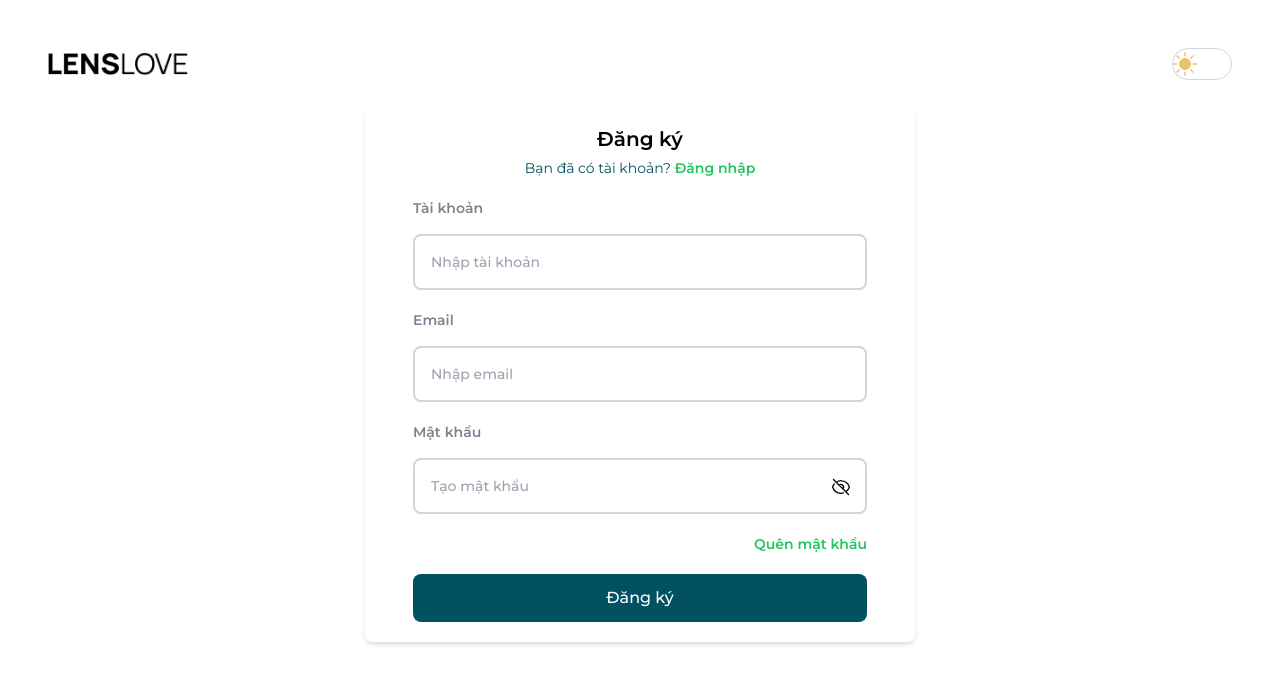
Repository: thienthanhvinh/glasses-react
Page: /sign-up
These files come from the project's save history. The page is drawn as it stood at one moment and after the next save; the edit follows.
The browser window is 1280 px wide. The pictures show the whole page.
The project was rebuilt for these pictures with package versions that can differ from the ones it lists, and the page was loaded fresh each time. Also part of the build but not shown: src/App.css, src/components/category/Category.js, src/components/common/Heading.js, src/components/intro/Intro.js, src/components/sales/SpringSales.js, src/components/navbar/Navbar.js, src/layout/LayoutMenu.js, src/modules/GlassesGrid.js and 7 more.

Above is the page before, as saved 2023-02-13 10:35:59.

### public/index.html
<!DOCTYPE html>
<html lang="en">
  <head>
    <meta charset="utf-8" />
    <link rel="icon" href="%PUBLIC_URL%/favicon.ico" />
    <meta name="viewport" content="width=device-width, initial-scale=1" />
    <meta name="theme-color" content="#000000" />
    <meta
      name="description"
      content="Web site created using create-react-app"
    />
    <link rel="apple-touch-icon" href="%PUBLIC_URL%/logo192.png" />
    <!--
      manifest.json provides metadata used when your web app is installed on a
      user's mobile device or desktop. See https://developers.google.com/web/fundamentals/web-app-manifest/
    -->
    <link rel="manifest" href="%PUBLIC_URL%/manifest.json" />
    <!--
      Notice the use of %PUBLIC_URL% in the tags above.
      It will be replaced with the URL of the `public` folder during the build.
      Only files inside the `public` folder can be referenced from the HTML.

      Unlike "/favicon.ico" or "favicon.ico", "%PUBLIC_URL%/favicon.ico" will
      work correctly both with client-side routing and a non-root public URL.
      Learn how to configure a non-root public URL by running `npm run build`.
    -->
    <link href="https://fonts.googleapis.com/css2?family=Montserrat:wght@300;400;500;600;700&display=swap" rel="stylesheet">
    <title>React App</title>
  </head>
  <body>
    <noscript>You need to enable JavaScript to run this app.</noscript>
    <div id="root"></div>
    <!--
      This HTML file is a template.
      If you open it directly in the browser, you will see an empty page.

      You can add webfonts, meta tags, or analytics to this file.
      The build step will place the bundled scripts into the <body> tag.

      To begin the development, run `npm start` or `yarn start`.
      To create a production bundle, use `npm run build` or `yarn build`.
    -->
  </body>
</html>

### src/index.js
import React from 'react';
import ReactDOM from 'react-dom/client';
import './index.css';
import App from './App';
import reportWebVitals from './reportWebVitals';
import { BrowserRouter } from 'react-router-dom';
import { ToastContainer, toast } from 'react-toastify';
import 'react-toastify/dist/ReactToastify.css';

const root = ReactDOM.createRoot(document.getElementById('root'));
root.render(
  // <React.StrictMode>
  <BrowserRouter>
    <App />
    <ToastContainer></ToastContainer>
  </BrowserRouter>
  // </React.StrictMode>
);

// If you want to start measuring performance in your app, pass a function
// to log results (for example: reportWebVitals(console.log))
// or send to an analytics endpoint. Learn more: https://bit.ly/CRA-vitals
reportWebVitals();

### src/index.css
/* body {
  margin: 0;
  font-family: -apple-system, BlinkMacSystemFont, 'Segoe UI', 'Roboto', 'Oxygen',
    'Ubuntu', 'Cantarell', 'Fira Sans', 'Droid Sans', 'Helvetica Neue',
    sans-serif;
  -webkit-font-smoothing: antialiased;
  -moz-osx-font-smoothing: grayscale;
}

code {
  font-family: source-code-pro, Menlo, Monaco, Consolas, 'Courier New',
    monospace;
} */

@tailwind base;
@tailwind components;
@tailwind utilities;

body {
  font-family: 'Montserrat', sans-serif;
}
/* .darkmode-input:checked + div .darkmode-spinner {
  transform: translateX(33px);
} */
.active-light {
  transform: translateX(0px);
  transition: all 0.4s;
}
.active-dark {
  transform: translateX(33px);
  transition: all 0.4s;
}

/* .darkmode-input:checked + div {


} */

/* .darkmode-input:checked + div .darkmode-spinner {
  background-color: white;
} */

### src/App.js

import { Route, Routes } from 'react-router-dom';
import './App.css';
import HomePage from './pages/HomePage';
import SignInPage from './pages/SignInPage';
import SignUpPage from './pages/SignUpPage';

function App() {
  return (
    <Routes>
      <Route path='/sign-up' element={<SignUpPage></SignUpPage>}></Route>
      <Route path='/sign-in' element={<SignInPage></SignInPage>}></Route>
      <Route path='/' element={<HomePage></HomePage>}></Route>
    </Routes>
  );
}

export default App;

### src/pages/SignUpPage.js
import React, { useEffect, useState } from "react";
import { useForm } from "react-hook-form";
import { Link } from "react-router-dom";
import Button from "../components/button/Button";
import FormGroup from "../components/common/FormGroup";
import Input from "../components/input/Input";
import Label from "../components/label/Label";
import LayoutAuthentication from "../layout/LayoutAuthentication";
import { yupResolver } from "@hookform/resolvers/yup";
import { toast } from "react-toastify";
import * as yup from "yup";
import IconEyeToggle from "../components/icons/IconEyeToggle";

const schema = yup.object({
  username: yup.string().required("Hãy nhập tài khoản"),
  email:yup.string().required("Hãy nhập email"),
  password: yup.string().required("Hãy nhập mật khẩu").min(8, "Mật khẩu tối thiểu là 8 ký tự"),
});

const SignUpPage = () => {
  const {handleSubmit, control, formState: {errors}} = useForm({resolver: yupResolver(schema), mode:"onSubmit"});
  const handleSignUp = () => {
  }
  useEffect(() => {
    const arrErroes = Object.values(errors);
    console.log(arrErroes);
    if(arrErroes.length > 0) {
      toast.error(arrErroes[0]?.message, {
        pauseOnHover: false,
      })
    }
  })
  const [showPassword, setShowPassword] = useState(false);
  const handleTogglePassword = () => {
    setShowPassword(!showPassword);
  }
  return (
    <LayoutAuthentication heading="Đăng ký">
      <p className="text-sm text-center text-primary mb-5">
        Bạn đã có tài khoản?{" "}
        <Link to="/sign-in" className="text-green-500 cursor-pointer font-semibold">
          Đăng nhập
        </Link>
      </p>
      <form onSubmit={handleSubmit(handleSignUp)}>
        <FormGroup>
          <Label htmlFor="username">Tài khoản</Label>
          <Input type="text" name="username" placeholder="Nhập tài khoản" control={control} ></Input>
        </FormGroup>
        <FormGroup>
          <Label htmlFor="email">Email</Label>
          <Input type="text" name="email" placeholder="Nhập email" control={control}></Input>
        </FormGroup>
        <FormGroup>
          <Label htmlFor="password">Mật khẩu</Label>
          <Input type={showPassword ? "text" : "password"} name="password"  placeholder="Tạo mật khẩu" control={control}>
            <IconEyeToggle open={showPassword} onClick={handleTogglePassword}></IconEyeToggle>
          </Input>
        </FormGroup>
        <p className="text-right text-sm text-green-500 font-semibold">Quên mật khẩu</p>
        <Button className="w-full text-white mt-5">Đăng ký</Button>
      </form>
    </LayoutAuthentication>
  );
};

export default SignUpPage;

### src/components/button/Button.js
import React from 'react';

const Button = ({type, children, className=''}) => {
    return (
        <button type='submit' className={`bg-primary text-white ${className} rounded-lg px-3 py-3 font-medium`}>
            {children}
        </button>
    );
};

export default Button;

### src/components/common/FormGroup.js
import React from 'react';

const FormGroup = ({children}) => {
    return (
        <div className='flex flex-col mb-5 gap-y-2'>
            {children}
        </div>
    );
};

export default FormGroup;

### src/components/input/Input.js
import React from "react";
import { useController } from "react-hook-form";

const Input = ({ type, placeholder, name, control, children, ...rest }) => {
  const { field } = useController({
    control,
    name,
    defaultValue: "",
  });
  return (
    <div className="relative">
      <input
        type={type}
        name={name}
        id={name}
        placeholder={placeholder}
        {...field}
        className={`w-full px-4 py-4 rounded-lg border-2 border-gray-300 dark:border-gray-600 dark:focus:border-gray-700 dark:bg-dark-four-color dark:text-color-1 font-medium dark:placeholder:font-medium mt-2 outline-none focus:border-gray-400 transition-all duration-200 bg-transparent text-sm ${children ? 'pr-12' : ''}`}
      />
      {children &&<span className=" absolute right-4 ml-5 z-10 top-8 -translate-y-1/4 cursor-pointer select-none">
        {children}
      </span>}
    </div>
  );
};

export default Input;

### src/components/label/Label.js
import React from 'react';

const Label = ({htmlFor, children, className = ''}) => {
    return (
        <label htmlFor={htmlFor} className={`${className} dark:text-dark-text-primary text-sm text-color-1 font-semibold block cursor-pointer`}>
            {children}
        </label>
    );
};

export default Label;

### src/layout/LayoutAuthentication.js
import React, { useEffect, useState } from "react";
import { Link } from "react-router-dom";
import PropTypes from "prop-types";
import { BsFillSunFill } from "react-icons/bs";
import { FaMoon } from "react-icons/fa";
import useDarkMode from "../hooks/useDarkMode";

const LayoutAuthentication = ({ heading, question, children }) => {
  const [isDarkMode, setDarkMode] = useState(
    () => localStorage.theme === "dark"
  );
  const toggleDarkMode = () => {
    setDarkMode(!isDarkMode);
  };
  useEffect(() => {
    const html = window.document.documentElement;
    const prev = isDarkMode ? "light" : "dark";
    html.classList.remove(prev);
    const next = isDarkMode ? "dark" : "light";
    html.classList.add(next);
    localStorage.setItem("theme", next);
  }, [isDarkMode]);

  return (
    <div className="w-full h-screen bg-white dark:bg-dark-four-color p-12">
      <div className="mb-6 flex justify-between items-center">
        <Link to="/" className="inline-block">
          <img
            src="/logo.png"
            alt=""
            className="w-[140px] h-auto object-cover"
          />
        </Link>
        <label
          htmlFor="toggle"
          className="cursor-pointer toggle-switch inline-block"
        >
          <input
            type="checkbox"
            name=""
            id="toggle"
            className="darkmode-input hidden"
          />

          <div className="w-[60px] h-8 border border-gray-300 rounded-full flex items-center">

              {!isDarkMode ? (
                <div className="active-light">
                  <BsFillSunFill
                    size={"24px"}
                    color={"#e9c46a"}
                    onClick={() => toggleDarkMode(!isDarkMode)}
                  ></BsFillSunFill>
                </div>
              ) : (
                <div className="active-dark">
                  <FaMoon
                    size={"24px"}
                    color={"#808191"}
                    onClick={() => toggleDarkMode(!isDarkMode)}
                  ></FaMoon>
                </div>
              )}
          </div>
        </label>
      </div>
      <div className="w-full max-w-[550px] bg-white-400  dark:bg-dark-five-color dark:text-white shadow-md rounded-lg mx-auto px-12 py-5">
        <h2 className="text-center text-[20px] font-semibold mb-1">
          {heading}
        </h2>
        {children}
      </div>
    </div>
  );
};

LayoutAuthentication.propTypes = {
  heading: PropTypes.string,
  question: PropTypes.string,
  children: PropTypes.node,
};

export default LayoutAuthentication;

### src/components/icons/IconEyeToggle.js
import React from "react";

const IconEyeToggle = ({ open = false, onClick = () => {} }) => {
  if (open) {
    return (
      <span onClick={onClick}>
        <svg
          xmlns="http://www.w3.org/2000/svg"
          fill="none"
          viewBox="0 0 24 24"
          strokeWidth="1.5"
          stroke="currentColor"
          className="w-5 h-5"
        >
          <path
            strokeLinecap="round"
            strokeLinejoin="round"
            d="M2.036 12.322a1.012 1.012 0 010-.639C3.423 7.51 7.36 4.5 12 4.5c4.638 0 8.573 3.007 9.963 7.178.07.207.07.431 0 .639C20.577 16.49 16.64 19.5 12 19.5c-4.638 0-8.573-3.007-9.963-7.178z"
          />
          <path
            strokeLinecap="round"
            strokeLinejoin="round"
            d="M15 12a3 3 0 11-6 0 3 3 0 016 0z"
          />
        </svg>
      </span>
    );
  } else {
    return (
      <span onClick={onClick}>
        <svg
          xmlns="http://www.w3.org/2000/svg"
          fill="none"
          viewBox="0 0 24 24"
          strokeWidth="1.5"
          stroke="currentColor"
          className="w-5 h-5"
        >
          <path
            strokeLinecap="round"
            strokeLinejoin="round"
            d="M3.98 8.223A10.477 10.477 0 001.934 12C3.226 16.338 7.244 19.5 12 19.5c.993 0 1.953-.138 2.863-.395M6.228 6.228A10.45 10.45 0 0112 4.5c4.756 0 8.773 3.162 10.065 7.498a10.523 10.523 0 01-4.293 5.774M6.228 6.228L3 3m3.228 3.228l3.65 3.65m7.894 7.894L21 21m-3.228-3.228l-3.65-3.65m0 0a3 3 0 10-4.243-4.243m4.242 4.242L9.88 9.88"
          />
        </svg>
      </span>
    );
  }
};

export default IconEyeToggle;

### src/hooks/useDarkMode.js
import { useEffect, useState } from "react";

export default function useDarkMode() {
    const [isDarkMode, setDarkMode] = useState(() => localStorage.theme === "dark");
    const toggleDarkMode = () => {
        setDarkMode(!isDarkMode);
    }
    useEffect(() => {
        const html = window.document.documentElement;
        const prev = isDarkMode ? "light" : "dark";
        html.classList.remove(prev);
        const next = isDarkMode ? "dark" : "light";
        html.classList.add(next);
        localStorage.setItem("theme", next);
    }, [isDarkMode])
    return [isDarkMode, toggleDarkMode];
}

### tailwind.config.js
/** @type {import('tailwindcss').Config} */
module.exports = {
  content: [
    "./src/**/*.{js,jsx,ts,tsx}",
  ],
  darkMode: 'class',
  theme: {
    extend: {
      colors: {
        'color-1': "#808191",
        'color-2': "#2d3436",
        'primary' : '#025162',
        'secondary': '#EADFD8',
        'secondary-3': '#414141',
        'tertiary' : '#E75313',
        'lens': '#D4E1F4',
        'gray-white': '#D9DBE1',
        'dark-text-primary': '#dfe6e9',
        'dark-color' : '#4e4f50',
        'dark-secon-color': '#2d3436',
        'dark-third-color': '#3a3a3a',
        'dark-four-color' : '#242526',
        'dark-five-color' : '#3A3A3A',

      }
    },
  },
  plugins: [],
}

Loaded but not shown: src/reportWebVitals.js (common file)

After the next save:
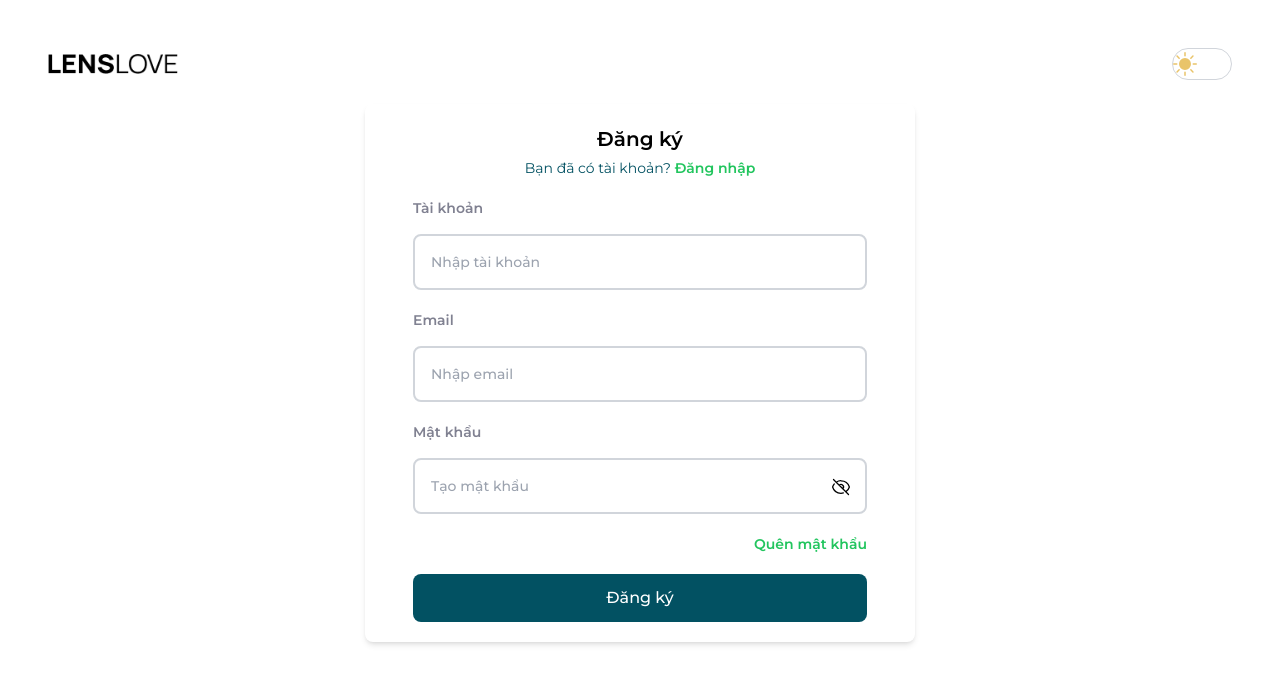
Saved 5 s later.
--- a/src/layout/LayoutAuthentication.js
+++ b/src/layout/LayoutAuthentication.js
@@ -28,7 +28,7 @@ const LayoutAuthentication = ({ heading, question, children }) => {
           <img
             src="/logo.png"
             alt=""
-            className="w-[140px] h-auto object-cover"
+            className="w-[130px] h-auto object-cover"
           />
         </Link>
         <label
